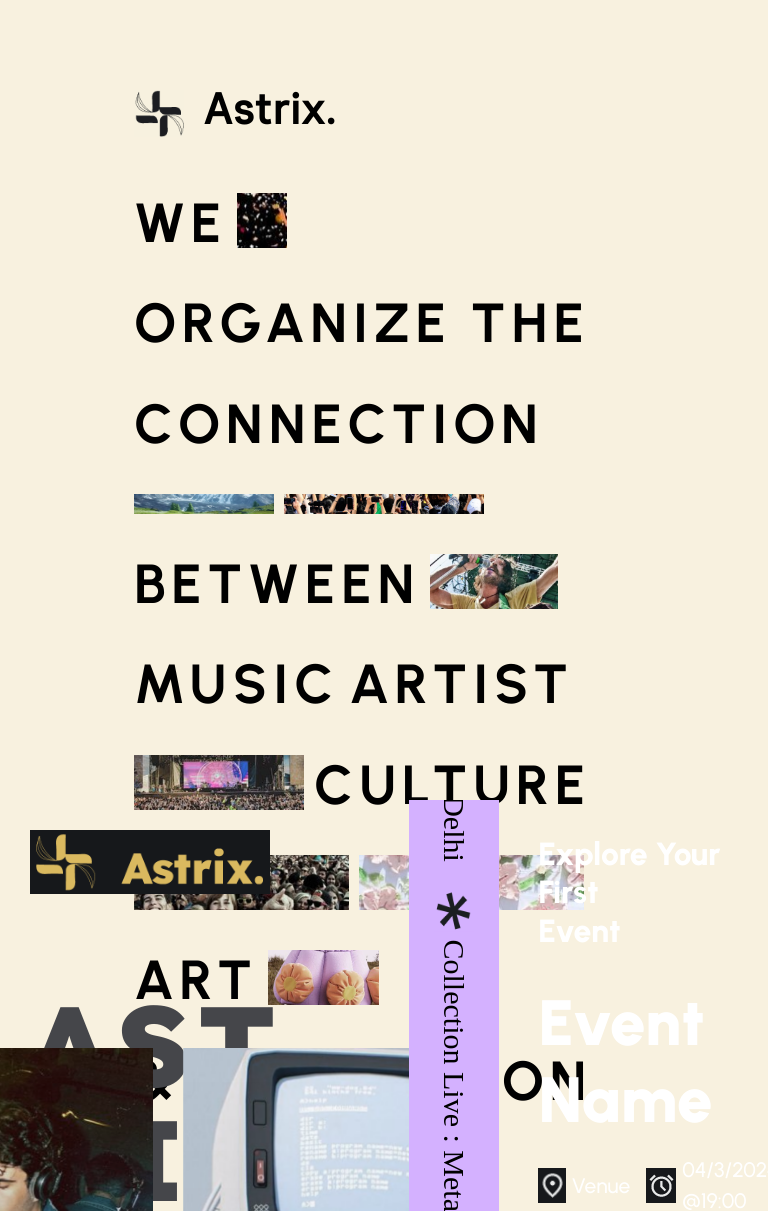
Repository: sharma171/astrix
Page: /
These files come from the project's save history. The page is drawn as it stood at one moment and after the next save; the edit follows.
The browser window is 768 px wide. The pictures show the whole page.
Some web fonts or font styles are not loaded; a fallback is used. The project was rebuilt for these pictures with package versions that can differ from the ones it lists, and the page was loaded fresh each time.

Above is the page before, as saved 2024-05-20 21:08:26.

After the next save:
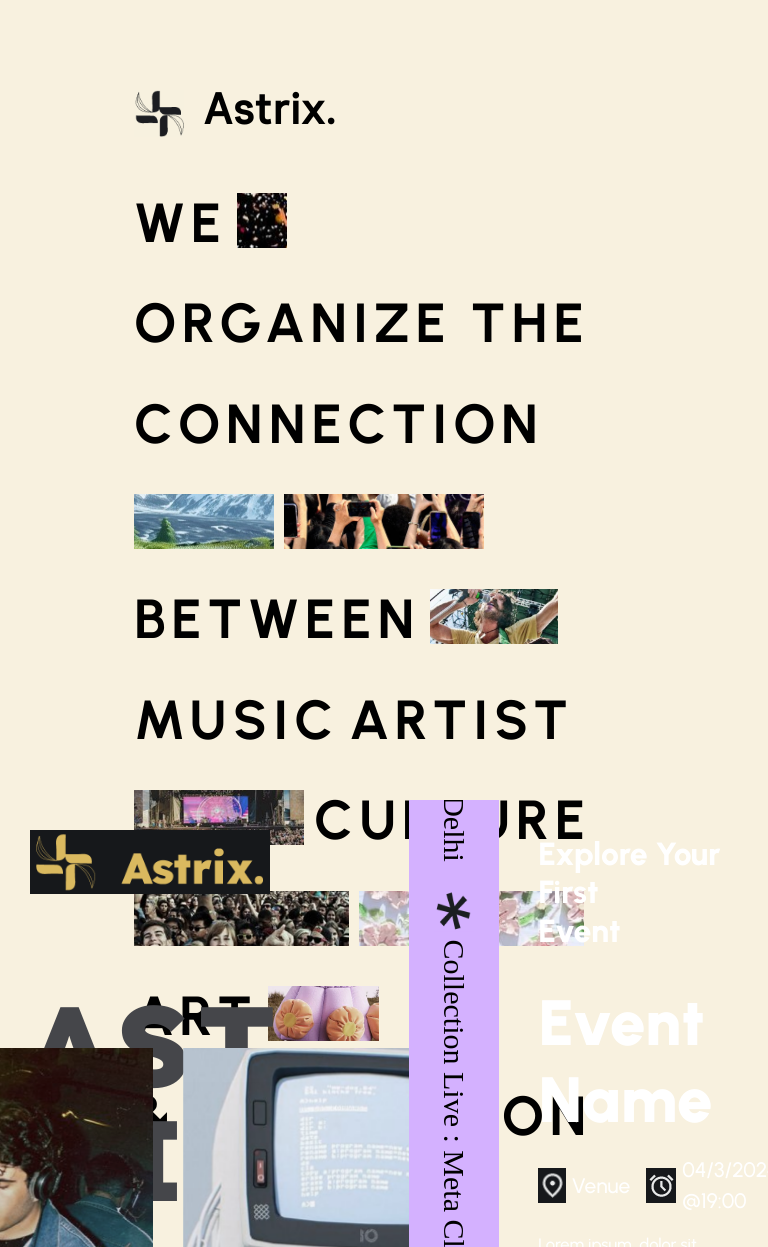
Saved 27 s later.
--- a/src/component/hero-overlay/css/hero.css
+++ b/src/component/hero-overlay/css/hero.css
@@ -292,6 +292,7 @@
     }
     .floating-hero .hero-anim .hero-image {
         max-height: 55px;
+        height: 55px;
     }
 }
 @keyframes sshero-first {
